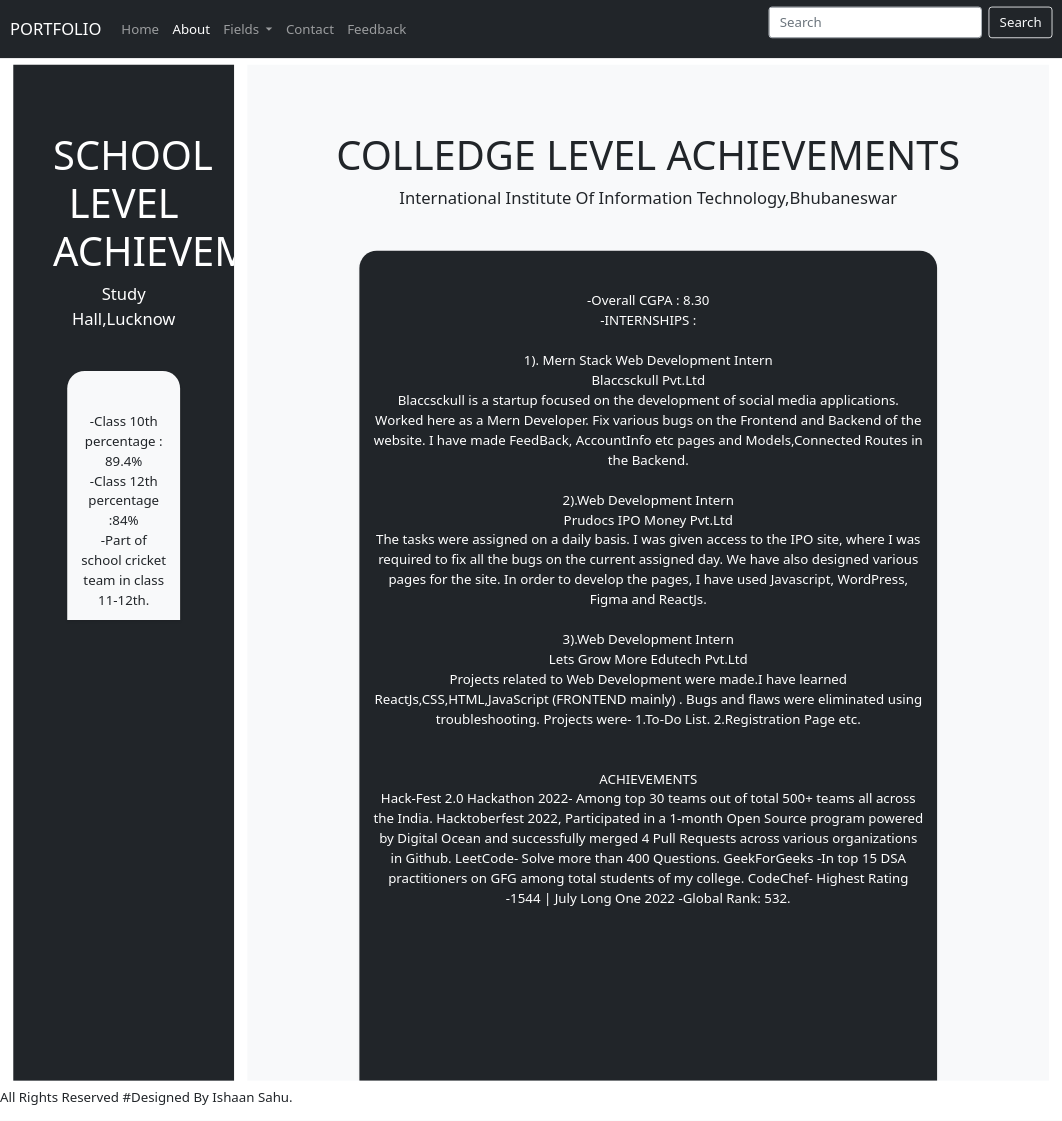
Repository: ishaan51551/Ishaan-s-Portfolio-
Page: about.html
These files come from the project's save history. The page is drawn as it stood at one moment and after the next save; the edit follows.
The browser window is 1280 px wide. The pictures show the whole page, at 83% of full size.

Above is the page before, as saved 2023-09-13 16:20:09.

### about.html
</body>

</html>

<!doctype html>
<html lang="en">

<head>
  <!-- Required meta tags -->
  <meta charset="utf-8">
  <meta name="viewport" content="width=device-width, initial-scale=1">

  <!-- Bootstrap CSS -->
  <link href="https://cdn.jsdelivr.net/npm/bootstrap@5.1.1/dist/css/bootstrap.min.css" rel="stylesheet"
    integrity="sha384-F3w7mX95PdgyTmZZMECAngseQB83DfGTowi0iMjiWaeVhAn4FJkqJByhZMI3AhiU" crossorigin="anonymous">

  <title>Ishaan Sahu Portfolio</title>
</head>

<body>


  <!-- NAVBAR -->
  <nav class="navbar navbar-expand-lg navbar-dark bg-dark">
    <div class="container-fluid">
      <a class="navbar-brand" href="#">PORTFOLIO </a>
      <button class="navbar-toggler" type="button" data-bs-toggle="collapse" data-bs-target="#navbarSupportedContent"
        aria-controls="navbarSupportedContent" aria-expanded="false" aria-label="Toggle navigation">
        <span class="navbar-toggler-icon"></span>
      </button>
      <div class="collapse navbar-collapse" id="navbarSupportedContent">
        <ul class="navbar-nav me-auto mb-2 mb-lg-0">
          <li class="nav-item">
            <a class="nav-link " aria-current="page" href="index.html">Home</a>
          </li>
          <li class="nav-item">
            <a class="nav-link active" href="/about.html">About</a>
          </li>
          <li class="nav-item dropdown">
            <a class="nav-link dropdown-toggle" href="#" id="navbarDropdown" role="button" data-bs-toggle="dropdown"
              aria-expanded="false">
              Fields
            </a>
            <ul class="dropdown-menu" aria-labelledby="navbarDropdown">
              <li><a class="dropdown-item" href="programming.html">Programming</a></li>
              <li><a class="dropdown-item" href="webdev.html">Web Devlopment</a></li>
              <li>
                <hr class="dropdown-divider">
              </li>
              <li><a class="dropdown-item" href="extracurricular.html">Extra Curricular</a></li>
            </ul>
          </li>
          <li class="nav-item">
            <a class="nav-link " aria-current="page" href="contact.html">Contact</a>
          </li>

          <li class="nav-item">
            <a class="nav-link" href="feedback.html">Feedback</a>

          </li>

        </ul>
        <form class="d-flex">
          <input class="form-control me-2" type="search" placeholder="Search" aria-label="Search">
          <button class="btn btn-outline-light" type="submit">Search</button>

        </form>
      </div>
    </div>
  </nav>

  <!-- Optional JavaScript; choose one of the two! -->

  <!-- Option 1: Bootstrap Bundle with Popper -->
  <script src="https://cdn.jsdelivr.net/npm/bootstrap@5.1.1/dist/js/bootstrap.bundle.min.js"
    integrity="sha384-/bQdsTh/da6pkI1MST/rWKFNjaCP5gBSY4sEBT38Q/9RBh9AH40zEOg7Hlq2THRZ"
    crossorigin="anonymous"></script>



  <!-- boxes -->
  <div class="d-md-flex flex-md-equal w-100my-md-3 ps-md-3 my-2 justify-content-center align item center">
    <div class="bg-dark me-md-3 pt-3 px-3 pt-md-5 px-md-5 text-center text-white overflow-hidden">
      <div class="my-3 py-3 ">
        <h2 class="display-5">SCHOOL LEVEL ACHIEVEMENTS</h2>
        <p class="lead">Study Hall,Lucknow</p>
      </div>
      <div class="bg-light shadow-sm mx-auto" style="width: 80%; height: 300px; border-radius: 21px 21px 0 0;">
        <p class="dance text-dark overfow-hidden text-center px-3 py-5">-Class 10th percentage : 89.4%</br>
          -Class 12th percentage :84%</br>
          -Part of school cricket team in class 11-12th.<br>
        </p>

      </div>
    </div>
    <div class="bg-light me-md-3 pt-3 px-3 pt-md-5 px-md-5 text-center overflow-hidden">
      <div class="my-3 p-3">
        <h2 class="display-5">COLLEDGE LEVEL ACHIEVEMENTS</h2>
        <p class="lead">International Institute Of Information Technology,Bhubaneswar</p>
      </div>
      <div class="bg-dark shadow-sm mx-auto" style="width: 80%; height: 1000px; border-radius: 21px 21px 0 0;">
        <p class="swing text-white text-center px-3 py-5">
          -Overall CGPA : 8.30</br>
          -INTERNSHIPS :</br>
          <br>
          1). Mern Stack Web Development Intern<br>
          Blaccsckull Pvt.Ltd<br>
          Blaccsckull is a startup focused on the development of social media applications. Worked here as a Mern
          Developer.
          Fix various bugs on the Frontend and Backend of the website.
          I have made FeedBack, AccountInfo etc pages and Models,Connected Routes in the Backend.
          <br>
          <br>
          2).Web Development Intern<br>
          Prudocs IPO Money Pvt.Ltd<br>
          The tasks were assigned on a daily basis.
          I was given access to the IPO site, where I was required to fix all the bugs on the current assigned day. We
          have also designed various pages for the site.
          In order to develop the pages, I have used Javascript, WordPress, Figma and ReactJs.
          <br>
          <br>
          3).Web Development Intern<br>
          Lets Grow More Edutech Pvt.Ltd<br>
          Projects related to Web Development were made.I have learned ReactJs,CSS,HTML,JavaScript (FRONTEND mainly) .
          Bugs and flaws were eliminated using troubleshooting.
          Projects were-
          1.To-Do List.
          2.Registration Page etc.
          <br><br><br>
          ACHIEVEMENTS<br>
          Hack-Fest 2.0 Hackathon 2022- Among top 30 teams out of total 500+ teams all across the India.
          Hacktoberfest 2022, Participated in a 1-month Open Source program powered by Digital Ocean and successfully merged 4 Pull Requests across various organizations in Github.
          LeetCode- Solve more than 400 Questions.
          GeekForGeeks -In top 15 DSA practitioners on GFG among total students of my college.
          CodeChef- Highest Rating -1544 | July Long One 2022 -Global Rank:   532.

        </p>
        </p>
      </div>
    </div>
  </div>

  <!-- FOOTER  -->
  <footer class="blog-footer">
    <p>All Rights Reserved #Designed By Ishaan Sahu.</p>
    <p>

    </p>
  </footer>
</body>

</html>

After the next save:
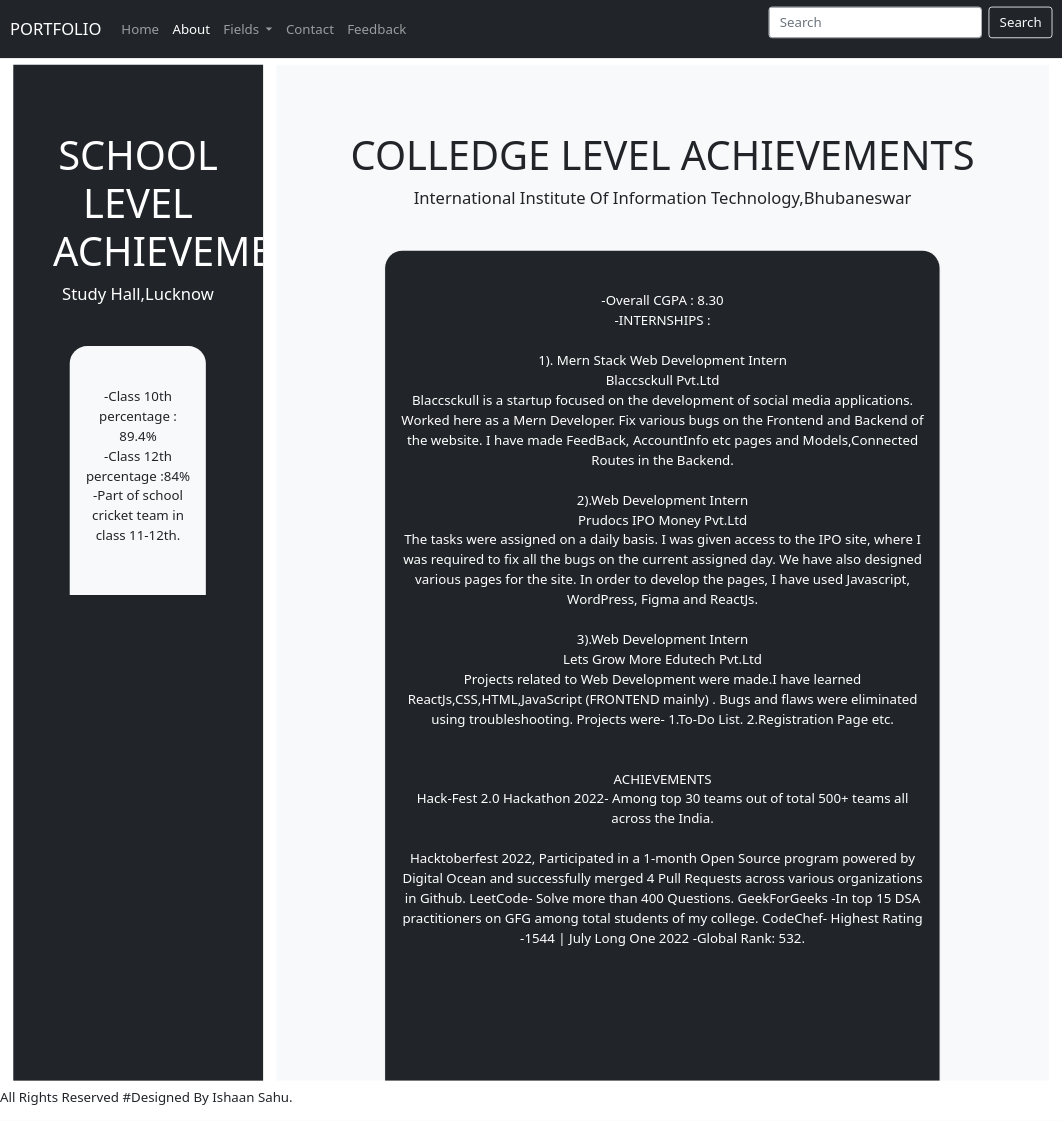
Saved 10 s later.
--- a/about.html
+++ b/about.html
@@ -128,7 +128,7 @@
           2.Registration Page etc.
           <br><br><br>
           ACHIEVEMENTS<br>
-          Hack-Fest 2.0 Hackathon 2022- Among top 30 teams out of total 500+ teams all across the India.
+          Hack-Fest 2.0 Hackathon 2022- Among top 30 teams out of total 500+ teams all across the India.<br><br>
           Hacktoberfest 2022, Participated in a 1-month Open Source program powered by Digital Ocean and successfully merged 4 Pull Requests across various organizations in Github.
           LeetCode- Solve more than 400 Questions.
           GeekForGeeks -In top 15 DSA practitioners on GFG among total students of my college.
